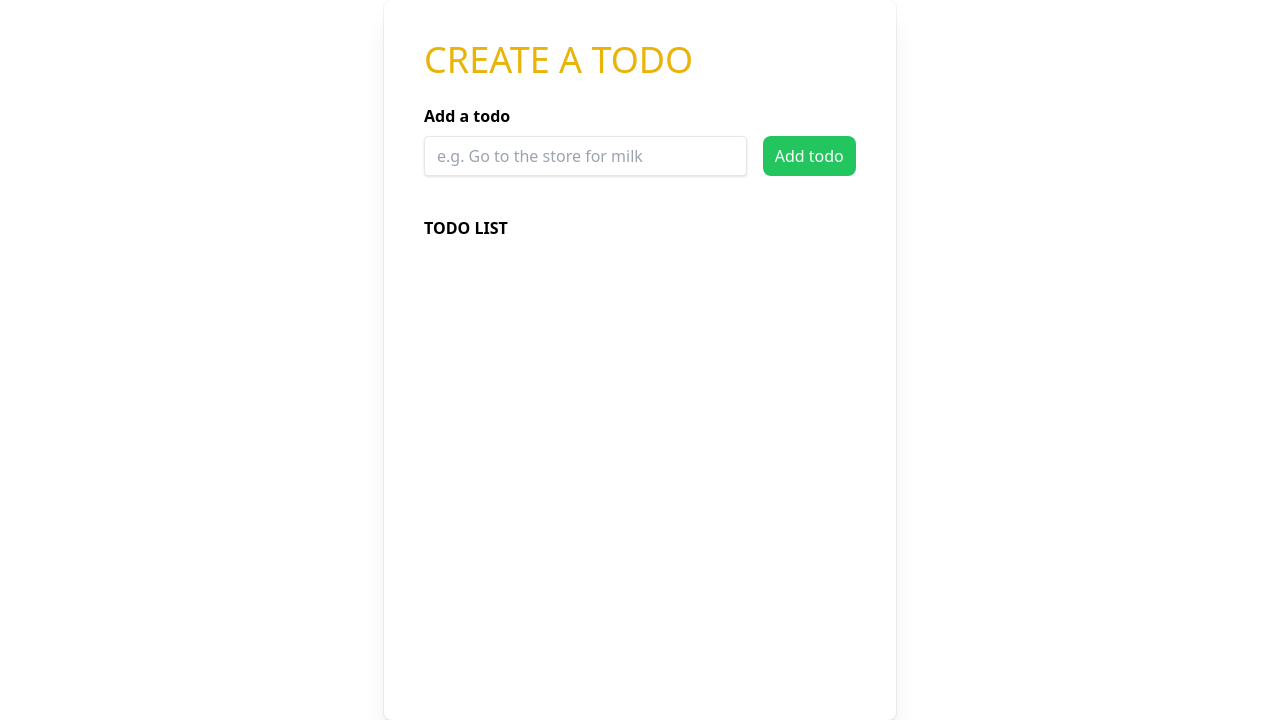
Repository: Kajo-lab/vue-todo
Page: /
The author's editor kept a copy of each file at every save. The page is drawn from the files as they stood at one save, then again after the next save.
The browser window is 1280 px wide. The pictures show the whole page.
The project was rebuilt for these pictures with package versions that can differ from the ones it lists, and the page was loaded fresh each time. Also part of the build but not shown: vite.config.js, webpack.config.js.

Above is the page before, as saved 2022-07-07 19:11:50.

### src/main.js
import { createApp } from 'vue'
import App from './App.vue'
import "./assets/tailwind.css";

createApp(App).mount('#app')

### src/App.vue
<script setup>
import { ref, onMounted, computed, watch } from 'vue'

const todos = ref([])
const name = ref('')

const input_content = ref('')

const todos_asc = computed(() => todos.value.sort((a,b) =>{
	return a.createdAt - b.createdAt
}))

watch(name, (newVal) => {
	localStorage.setItem('name', newVal)
})

watch(todos, (newVal) => {
	localStorage.setItem('todos', JSON.stringify(newVal))
}, {
	deep: true
})

const addTodo = () => {
  if (input_content.value.trim() === '') {
    return
  }

	todos.value.push({
		content: input_content.value,
		done: false,
		editable: false,
		createdAt: new Date().getTime()
	})

	input_content.value = ''
}

const removeTodo = (todo) => {
	todos.value = todos.value.filter((t) => t !== todo)
}

onMounted(() => {
	name.value = localStorage.getItem('name') || ''
	todos.value = JSON.parse(localStorage.getItem('todos')) || []
})
</script>

<template>

<main class="">
	<div class="relative min-h-screen bg-white px-6 pt-10 pb-8 shadow-xl ring-1 ring-gray-900/5 sm:mx-auto sm:max-w-lg sm:rounded-lg sm:px-10">
		<section class="mb-10">
		<h1 class="text-4xl text-yellow-500 mb-6">CREATE A TODO</h1>
				<h3 class="mb-2 font-bold">Add a todo</h3>
				<form id="new-todo-form" class="flex-none sm:flex" @submit.prevent="addTodo">
					<input
						class="shadow appearance-none border rounded w-full py-2 px-3 text-gray-700 leading-tight focus:outline-none focus:shadow-outline"
						type="text"
						name="content"
						id="content"
						placeholder="e.g. Go to the store for milk"
						v-model="input_content" />

					<button type="submit" class="h-10 w-full sm:w-32 text-white rounded-lg bg-green-500 hover:bg-green-600 mt-4 sm:mt-0 ml-0 sm:ml-4">Add todo</button>
				</form>
		</section>

		<section>
				<h3 class="mb-2 font-bold">TODO LIST</h3>
				<div id="todo-list">

					<div v-for="todo in todos_asc" :class="`todo-item ${todo.done && 'done'}`">
						<div class="flex-none sm:flex todo-content items-center py-2">
							<div class="flex w-full shadow appearance-none border-none rounded py-2 px-3 text-gray-700 leading-tight focus:outline-none focus:shadow-outline">
								<label>
									<input type="checkbox" v-model="todo.done" class="bg-gray-200 hover:bg-gray-300 cursor-pointer
											w-6 h-6 border-3 border-amber-500 checked:bg-green-500 focus:outline-none rounded-full"/>
								</label>
									<input
									class="w-full appearance-none border-none rounded text-gray-700 leading-tight focus:outline-none focus:shadow-outline"
									type="text"
									v-model="todo.content" />
							</div>
							<button class="h-10 w-full sm:w-20 text-white rounded-lg bg-red-500 hover:bg-red-600 mt-4 sm:mt-0 ml-0 sm:ml-4" @click="removeTodo(todo)">Delete</button>
						</div>
					</div>

				</div>
		</section>
	</div>
</main>





</template>

<style src="./assets/tailwind.css"></style>

### src/assets/tailwind.css
@tailwind base;
@tailwind components;
@tailwind utilities;


.bubble {
	display: flex;
	align-items: center;
	justify-content: center;
	width: 20px;
	height: 20px;
	border-radius: 50%;
	border: 2px solid var(--business);
	box-shadow: var(--business-glow);
}


.todo-item label {
    @apply block mr-4 cursor-pointer ;
}


.todo-item.done .todo-content input {
	text-decoration: line-through;
	color: green;
}

Loaded but not shown: tailwind.config.js (common file)

After the next save:
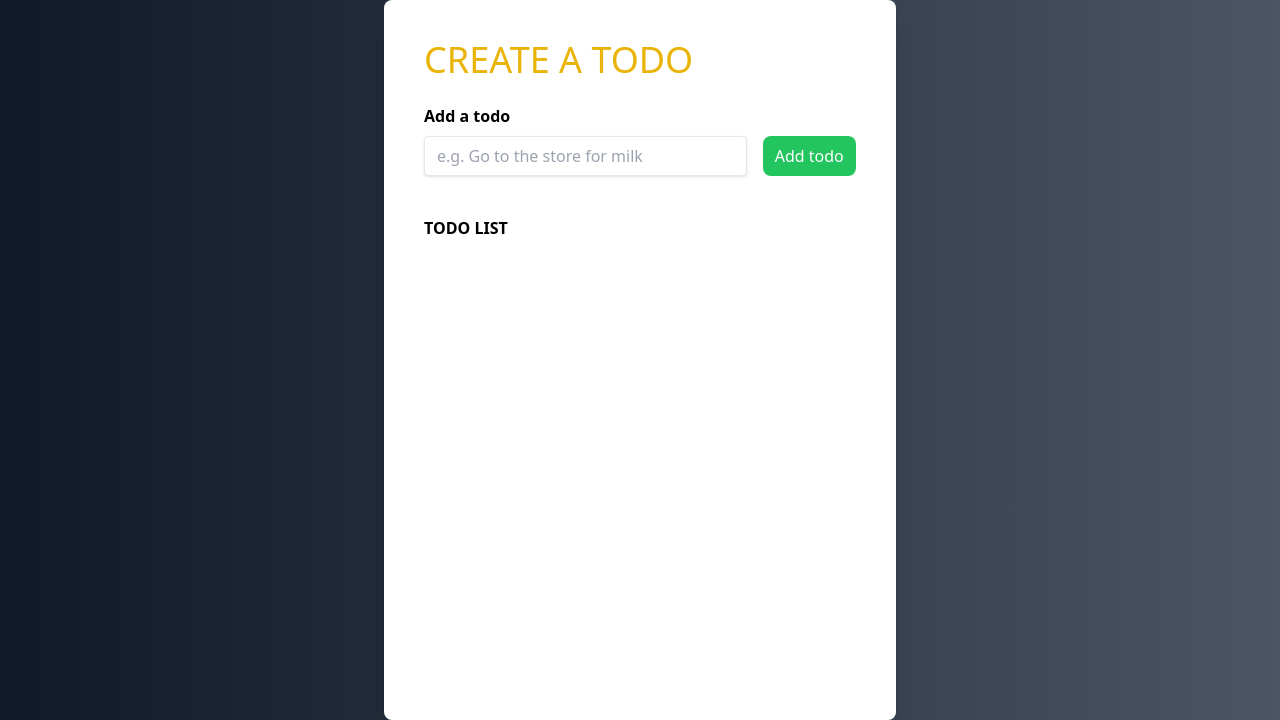
Saved 100 s later.
--- a/src/App.vue
+++ b/src/App.vue
@@ -47,7 +47,8 @@ onMounted(() => {
 
 <template>
 
-<main class="">
+
+<main class="bg-gradient-to-b from-gray-900 to-gray-600 bg-gradient-to-r">
 	<div class="relative min-h-screen bg-white px-6 pt-10 pb-8 shadow-xl ring-1 ring-gray-900/5 sm:mx-auto sm:max-w-lg sm:rounded-lg sm:px-10">
 		<section class="mb-10">
 		<h1 class="text-4xl text-yellow-500 mb-6">CREATE A TODO</h1>
@@ -93,7 +94,6 @@ onMounted(() => {
 
 
 
-
 </template>
 
 <style src="./assets/tailwind.css"></style>
